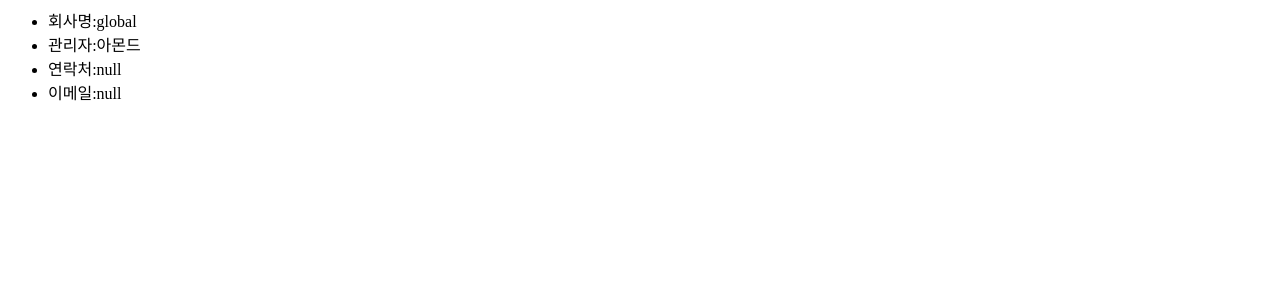
Repository: noopzzya/study_jsp_globalin
Page: http://localhost/ServletProject/InitParam
An editor plug-in stored every save of this project. The page is shown before and after the next save, followed by the edit.
The browser window is 1280 px wide. The pictures show the whole page.
The page is served by Tomcat 9.

Above is the page before, as saved 2023-01-27 02:59:24.

After the next save:
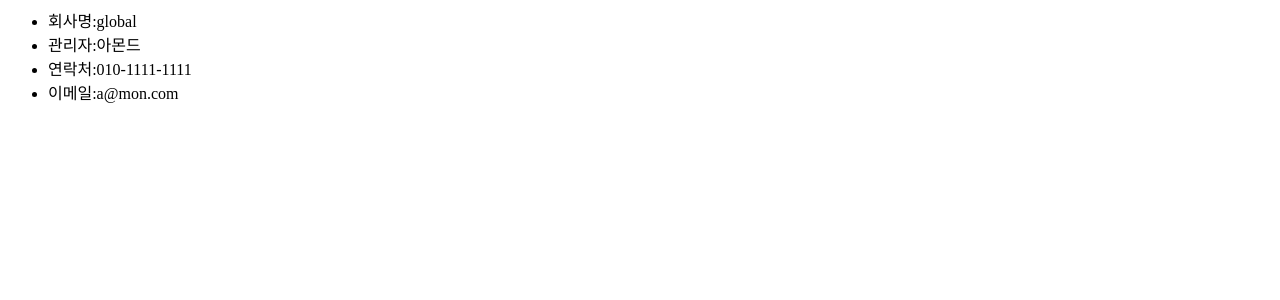
Saved 73 s later.
--- a/ServletProject/src/main/java/com/sample/InitParam.java
+++ b/ServletProject/src/main/java/com/sample/InitParam.java
@@ -65,8 +65,10 @@ public class InitParam extends HttpServlet {
 		manager = "아몬드";
 
 		// ServletConfig
-		tel = getServletConfig().getInitParameter("tel");
-		email = getServletConfig().getInitParameter("email");
+		//tel = getServletConfig().getInitParameter("tel");
+		tel = "010-1111-1111";
+		//email = getServletConfig().getInitParameter("email");
+		email = "a@mon.com";
 	}
 
 	// doget, dopost 상관없이 사용 가능하도록 설정
